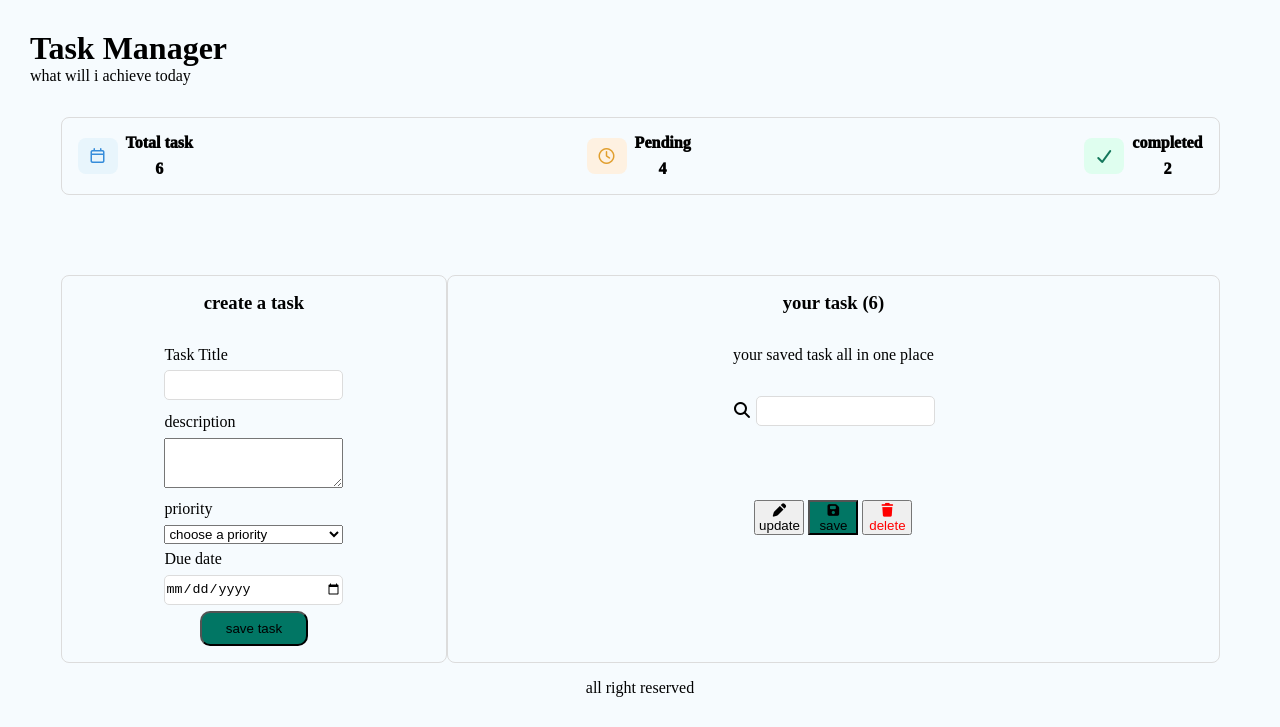
Repository: XDENTERTAINMENT/task-manager-groupwork
Page: index.html
An editor plug-in stored every save of this project. The page is shown before and after a run of saves, followed by the edit.
The browser window is 1280 px wide. The pictures show the whole page.

Above is the page before, as saved 2026-10-30 21:39:10.

### index.html
<!doctype html>
<html lang="en">
  <head>
    <meta charset="UTF-8" />
    <meta name="viewport" content="width=device-width, initial-scale=1.0" />
    <title>Personal-Task-Manager</title>
    <link
      rel="stylesheet"
      href="https://cdnjs.cloudflare.com/ajax/libs/font-awesome/7.3.1/css/all.min.css"
      integrity="sha512-QeR2VH+lsBE5LSAe1Q5EnTBbe7XTBubt8dG93Y7gidSgdMCr8nVqKcfKAMyN96SV8KDbZVTDXChatu5G2KQGzg=="
      crossorigin="anonymous"
      referrerpolicy="no-referrer"
    />
    <link rel="stylesheet" href="style.css" />
  </head>
 <body>
    <header>
      <h1>Task Manager</h1>
      <p>what will i achieve today</p>
    </header>
    <!-- the main -->
    <main>
      <section class="section1">
        <div>
          <div class="icon1"><i class="fa-regular fa-calendar"></i></div>
          <div class="section-1-child">
            <p>Total task</p>
            <p id="total-task">6</p>
          </div>
        </div>

        <div>
          <div class="icon2"><i class="fa-regular fa-clock"></i></div>
          <div class="section-1-child">
            <p>Pending</p>
            <p id="pending-task">4</p>
          </div>
        </div>

        <div>
          <div class="icon3"><i class="fa-solid fa-check"></i></div>
          <div class="section-1-child">
            <p>completed</p>
            <p id="completed-task">2</p>
          </div>
        </div>
      </section>

      <!-- section 2 -->
      <section class="section2">
        <!-- the create task section -->
        <div class="create-tax">
          <h3>create a task</h3>

          <form id="taskform">
            <label for="tasktitle">
              Task Title
            </label>
            <input type="text" id="taskTitle" />
            <p  class="errormsg" id="titleError"></p>

            <label for="taskdesc">
              description
            </label>
            <textarea class="textarea" id="taskDesc"></textarea>
            <p  class="errormsg"  id="descError"></p>

            <label for="priority">
              priority
            </label>
            <select id="choose">
                <option value="">choose a priority</option>
                <option value="High">High</option>
                <option value="Medium">Medium</option>
                <option value="low">low</option>
              </select>

            <label for="date">
              Due date
            </label>
            <input id="dateId" type="date"/>

            <button    type="submit"   class="form-button" >save task</button>
          </form>
        </div>

        <!-- task mapping -->

        <div class="task-mapping">
          <h3>your task (6)</h3>
          <p>your saved task all in one place</p>
          <div>
            <i class="fa-solid fa-magnifying-glass"></i>
            <input type="search" />


          </div>

          <!-- the card -->
          <div class="card">
            <!-- <input type="checkbox" /> -->
            <div id="container"  class="containers"></div>

          </div>
          <!-- the inline editing -->
          <div class="inline-button">
            <button>
              <div><i class="fa-solid fa-pen"></i></div>
              update
            </button>
            <button class="save">
              <div><i class="fa-solid fa-floppy-disk"></i></div>
              save
            </button>
            <button class="delete">
              <div class="trash"><i class="fa-solid fa-trash"></i></div>
              delete
            </button>
          </div>
        </div>
      </section>
    </main>

    <!-- the footer -->
    <footer>all right reserved</footer>

    <script src="script.js"></script>
  </body>
</html>

### style.css
* {
  margin: 0;
  padding: 0;
  box-sizing: border-box;
}

body {
  background-color: #f6fbfe;
  padding: 30px;
}

section {
  width: 95%;
}

main {
  display: flex;
  flex-direction: column;
  align-items: center;
}

.section1 {
  display: flex;
  flex-direction: row;
  justify-content: space-between;
  margin-top: 2rem;
   border: 1px solid gainsboro;
  padding: 1rem;
  border-radius: 8px;
}

.section2 {
  display: flex;
  justify-content: space-between;
  margin-top: 5rem;
}
/* .section2 div{
 background-color:#fdfdfd;
} */

input {
  border-radius: 5px;
  height: 30px;
   border: 1px solid gainsboro;
}

.textarea{
    height: 50px;
   overflow-y: auto;
  white-space: pre-wrap;
}
form {
  display: grid;
  gap: 0.4rem;
}

.form-button {
  display: flex;
  flex-direction: column;
  background-color: #017664;
  border-radius: 10px;
  width: 60%;
  justify-content: center;
  height: 35px;
  align-items: center;
  justify-self: center;
}

.save {
  background-color: #017664;
}

.inline-button {
  padding: 10px;
}
.inline-button button {
  height: 35px;
  width: 50px;
}


.task-container {
  display: grid;
}

.task-mapping {
  align-items: center;
  display: flex;
  flex-direction: column;
  gap: 2rem;
  border: 1px solid gainsboro;
  padding: 1rem;
  border-radius: 8px;
  width: 70%;
}

.create-tax {
  align-items: center;
  display: flex;
  flex-direction: column;
  gap: 2rem;
  border: 1px solid gainsboro;
  padding: 1rem;
  border-radius: 8px;
  width: 35%;
}

.section1 div {
  display: flex;
  gap: 0.5rem;
  border-radius: 8px;
  font-weight: 1000;
  align-items: center;
}



.section-1-child {
  display: flex;
  flex-direction: column;
}

.icon1 {
  background-color: #e8f5fc;
  color: #358cda;
  padding: 10px;
}

.icon2 {
  background-color: #fef1e1;
  color: #e19f2e;
  padding: 10px;
}
.icon3 {
  background-color: #dffeef;
  color: #13775b;
  padding: 10px;
}

.trash{
    color:red;
}
.delete{
    color:red;
}

.containers{
 display: grid;
 grid-template-columns: repeat(2,1fr);
 gap:1px;
 width: 100%;
 align-items: center;

}

.taskmapping{

  display: grid;
 grid-template-columns: repeat(2,1fr);
 gap:1px;
 border: 1px solid gainsboro;
 padding: 10px;
 text-align: center;
  width: 100%;

}



.taskmapping div{
  width: 100%;

}
/* task card data */

.title{

  border: 1px solid gainsboro;
}
.description{
 border: 1px solid gainsboro;
}
.priority{
border: 1px solid gainsboro;
}
.date{
border: 1px solid gainsboro;
}


footer {
  margin-top: 1rem;
  text-align: center;
}


.errormsg{
  color:red;
}

/* mobile styling */

@media (max-width: 600px) {
   header{
      text-align: center;
   }
  .section1 div {
  display: flex;
  flex-direction:column ;
}

  .section2 {
    display: flex;
    flex-direction: column;
  }

  .create-tax {
    width: 100%;
    align-items: center;
  }

  .task-mapping {
    margin-top: 20px;
    width: 100%;
    align-items: center;
  }



}

### script.js
const taskForm = document.getElementById("taskform");
const taskTitleInput = document.getElementById("taskTitle");
const taskDescInput = document.getElementById("taskDesc");
const titleError = document.getElementById("titleError");
const descError = document.getElementById("descError");
const choose = document.getElementById("choose");
const  date  = document.getElementById("dateId");
const container = document.getElementById("container");

const handleSubmit = (e) => {
  e.preventDefault();

  const task = {
    titles: taskTitleInput.value.trim(),
    description: taskDescInput.value.trim(),
    level: choose.value,
    time:date.value,
  };

  console.log(task);

  const { titles, description } = task;

  titleError.textContent = "";
    descError.textContent = "";

  if (titles === "") {
    titleError.textContent = "input can not be empty";
  } else if (titles.length < 5) {
    titleError.textContent = "characters should not be less than 5";
  } else if (description === "") {
    descError.textContent = " input can not be empty";
  } else if (description.length < 10) {
    descError.textContent = "characters should not be less than 10";
  } else {
    saveTask(task);
  renderTask();
  }

    /*taskForm.reset()*/

};

function saveTask(task) {
  const tasks = JSON.parse(localStorage.getItem("Mytask")) || [];
  tasks.push(task);
  localStorage.setItem("Mytask", JSON.stringify(tasks));
}

function getTask() {
  return JSON.parse(localStorage.getItem("Mytask")) || [];
}

function clearData(){
  localStorage.clear(task);
}

function renderTask() {
  const render = getTask();

  const validTasks = render.filter(data => data !== null);

  container.innerHTML = validTasks.map(data => `<div class="taskmapping">
   <div>
   <p>Title</p>
    <h3 class=title>${data.titles}</h3>
    </div>
   <div>
   <p>Description</p>
    <p class="description">${data.description}</p>
   </div>
   <div>
   <p>Priority</p>
    <p  class="priority">${data.level}</p>
   </div>
   <div>
   <p>Due date</p>
    <p  class="date">${data.time}</p>
   </div>




  </div>`).join("");
  return validTasks;
}


console.log(renderTask)
taskForm.addEventListener("submit", handleSubmit);

After the next 7 saves:
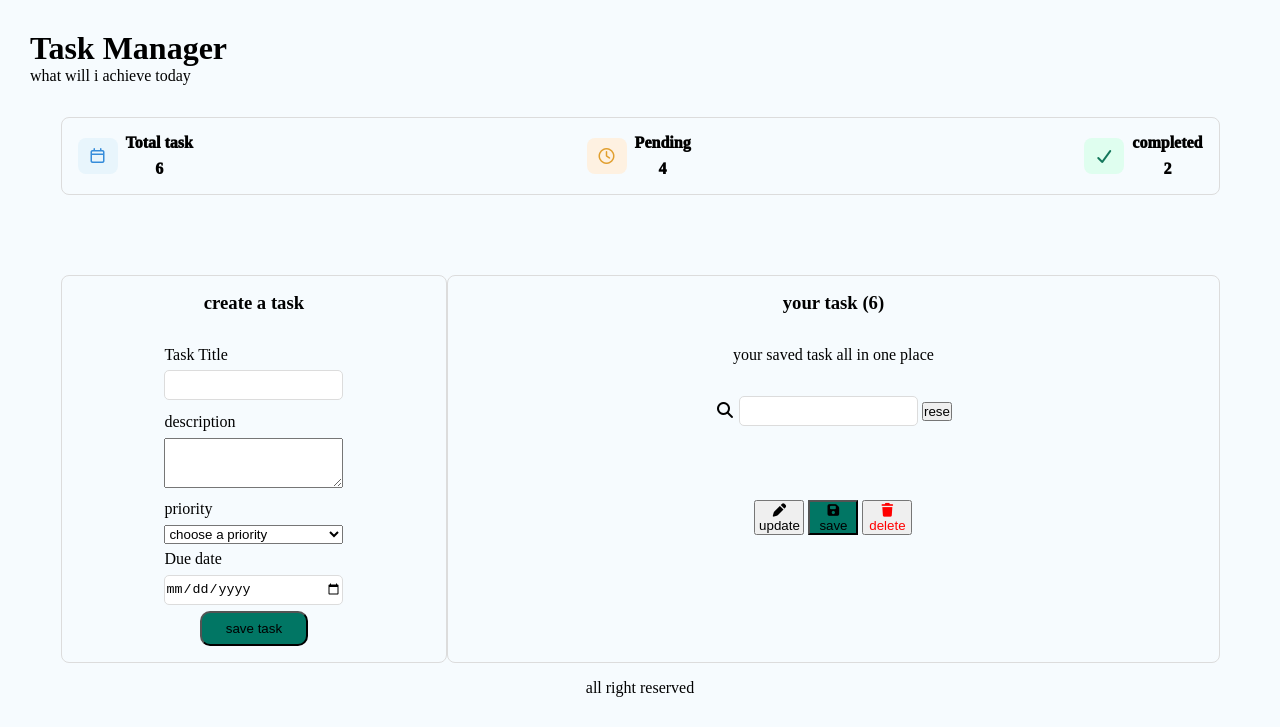
The 7 saves are shown as one change because they came seconds apart.
The last was saved 20 s later.
--- a/index.html
+++ b/index.html
@@ -93,7 +93,7 @@
             <i class="fa-solid fa-magnifying-glass"></i>
             <input type="search" />
 
-
+            <button class="reset"> rese</button>
           </div>
 
           <!-- the card -->
